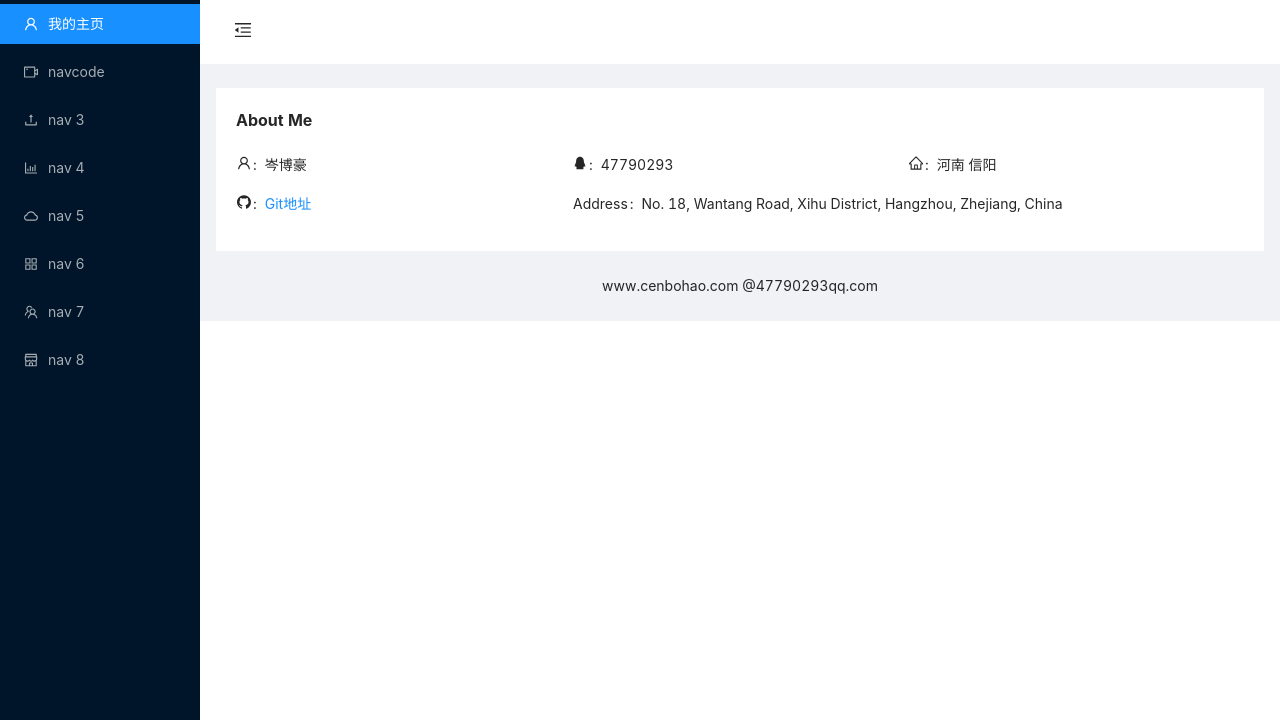
Repository: CBH20010703/bolgsweb
Page: /index (app in blogs/)
The author's editor kept a copy of each file at every save. The page is drawn from the files as they stood at one save, then again after a run of saves.
The browser window is 1280 px wide. The pictures show the whole page.
The project was rebuilt for these pictures with package versions that can differ from the ones it lists, and the page was loaded fresh each time. Also part of the build but not shown: blogs/src/view/Login/Login.jsx, blogs/src/component/Menu/MenuList.css, blogs/src/view/Home/Home.css, blogs/src/view/NavCode/NavCode.css, blogs/src/view/NavCode/NavCode.jsx, blogs/src/view/404/Error.jsx.

Above is the page before, as saved 2021-06-27 22:17:44.

### blogs/src/index.js
import React from 'react';
import ReactDOM from 'react-dom';
import './index.css';
import App from './App';
import { BrowserRouter} from 'react-router-dom'


ReactDOM.render(<BrowserRouter><App /></BrowserRouter>,document.getElementById('root'));

### blogs/src/App.js
import './App.css';
import { React, Component } from "react";

import  RouterMap from "./router/RouterMap"
export default class  App extends Component {
  constructor(props) {
    super(props);
    this.state = {  collapsed: false, }
  }
  toggle = (data) => {
     console.log(data)
    this.setState({
      collapsed: data,
    });
  };
  render() {
    return (
      <RouterMap/>
    );
  }
}

### blogs/src/router/RouterMap.js
import React from 'react'
import {  Route, Switch} from 'react-router-dom'
import Login from "../view/Login/Login"
import Context from '../view/context/context'
import Error from '../view/404/Error'
export default class RouterMap  extends React.Component {
    render() {
        return (


            <Switch>
                 <Route  path="/"  component={Context}/>
                <Route path="/login" component={Login} />

                    <Route path="*" component={Error} />

               </Switch>


        )
    }
}

### blogs/src/view/context/context.jsx

import { React, Component } from "react";
import Headers from '../../component/Header/Headers';
import MenuList from '../../component/Menu/MenuList';
import Footers from '../../component/Footer/Footers';

import { Layout } from 'antd';
import { Redirect, Route, Switch } from 'react-router-dom'
import Home from "../Home/Home.jsx";
import Navcode from "../NavCode/NavCode.jsx"
import Error from "../404/Error";
const { Content, Sider } = Layout;
export default class Context extends Component {
  constructor(props) {
    super(props);
    this.state = { collapsed: false, }
  }
  toggle = (data) => {
    console.log(data)
    this.setState({
      collapsed: data,
    });
  };
  render() {
    return (

      <Layout>
        <Sider trigger={null} collapsible collapsed={this.state.collapsed}
          style={{
            overflow: 'auto',
            height: '100vh',
            position: 'fixed',
            left: 0,
          }}
        >
          <MenuList />
        </Sider>
        <Layout className="site-layout" style={{ paddingLeft: this.state.collapsed ? "60px" : "200px", transition: "0.1s ease" }}>
          <Headers toggle={this.toggle} parent={this.state.collapsed}></Headers>
          <Content style={{ margin: '24px 16px 0', height: "auto", background: "#fff" }}>
            <Switch>
              <Route path="/index" component={Home} />
              <Route path="/NavCode" component={Navcode} />
              <Route path="*" component={Error} />
              <Redirect to="/index"></Redirect>
            </Switch>
          </Content>
          <Footers />
        </Layout>
      </Layout>


    );
  }
}

### blogs/src/component/Header/Headers.jsx
import React, { Component } from 'react'
import { Layout } from 'antd';


import {
  MenuUnfoldOutlined,
  MenuFoldOutlined,
} from '@ant-design/icons';
import "./Headers.css"
const { Header } = Layout;
export default class Headers extends Component {
    constructor(props) {
        super(props)
        this.state = {
            isShow:false
        }
    }
    Tab = () => {
        let { isShow } = this.state;
        this.setState({
            isShow:!isShow
        })
        this.props.toggle(!isShow);

    }
    render() {

        return (

                <Header className="site-layout-background" style={{ paddingLeft:"10px" }} >
                     {React.createElement(this.state.isShow ? MenuUnfoldOutlined : MenuFoldOutlined, {
              className: 'trigger',
                         onClick: this.Tab,

            })}
                </Header>

        )
    }
}

### blogs/src/component/Menu/MenuList.jsx
import React, { Component } from 'react'
import { Menu } from 'antd';
import {Link} from 'react-router-dom'
import "./MenuList.css"
import {
  AppstoreOutlined,
  BarChartOutlined,
  CloudOutlined,
  ShopOutlined,
  TeamOutlined,
  UserOutlined,
  UploadOutlined,
  VideoCameraOutlined,
} from '@ant-design/icons';
export default class MenuList extends Component {
  render() {
    return (

         <Menu theme="dark" mode="inline" defaultSelectedKeys={['1']}>
          <Menu.Item key="1"  icon={<UserOutlined />}>
          <Link to="/index"> 我的主页
            </Link>

          </Menu.Item>
          <Menu.Item key="2" icon={<VideoCameraOutlined />}>
          <Link to="/NavCode"> navcode
            </Link>

          </Menu.Item>
          <Menu.Item key="3" icon={<UploadOutlined />}>
            nav 3
          </Menu.Item>
          <Menu.Item key="4" icon={<BarChartOutlined />}>
            nav 4
          </Menu.Item>
          <Menu.Item key="5" icon={<CloudOutlined />}>
            nav 5
          </Menu.Item>
          <Menu.Item key="6" icon={<AppstoreOutlined />}>
            nav 6
          </Menu.Item>
          <Menu.Item key="7" icon={<TeamOutlined />}>
            nav 7
          </Menu.Item>
          <Menu.Item key="8" icon={<ShopOutlined />}>
            nav 8
          </Menu.Item>
        </Menu>
    )
  }
}

### blogs/src/component/Footer/Footers.jsx
import React, { Component } from 'react'
import { Layout } from 'antd';
const {  Footer } = Layout;
export default class Footers extends Component {
    render() {
        return (
            <div>
               <Footer style={{ textAlign: 'center' }}>www.cenbohao.com @47790293qq.com</Footer>
            </div>
        )
    }
}

### blogs/src/view/Home/Home.jsx
import React, { Component } from 'react'
import "./Home.css"
import { Descriptions } from 'antd';
import { UserOutlined, QqOutlined, HomeOutlined, GithubOutlined } from '@ant-design/icons';
export default class Home extends Component {

    handleClick = e => {
        console.log('click ', e);
    };
    render() {
        return (

            <div style={{ padding: "20px" }}>
                <Descriptions title="About Me">
                    <Descriptions.Item label={<UserOutlined />}>岑博豪</Descriptions.Item>
                    <Descriptions.Item label={<QqOutlined />}>47790293</Descriptions.Item>
                    <Descriptions.Item label={<HomeOutlined />}>河南 信阳</Descriptions.Item>
                    <Descriptions.Item label={<GithubOutlined />}><a href="https://github.com/CBH20010703"  >Git地址</a></Descriptions.Item>
                    <Descriptions.Item label="Address">
                        No. 18, Wantang Road, Xihu District, Hangzhou, Zhejiang, China
                    </Descriptions.Item>
                </Descriptions>
            </div>

        )
    }
}

### blogs/src/component/Header/Headers.css
.site-layout .site-layout-background {
    background: #fff;
}

 .trigger {
    padding: 0 24px;
    font-size: 18px;
    line-height: 64px;
    cursor: pointer;
    transition: color 0.3s;
}

 .trigger:hover {
    color: #1890ff;
}

Loaded but not shown: blogs/public/index.html (common file); blogs/src/index.css (common file); blogs/src/App.css (common file)

After the next 3 saves:
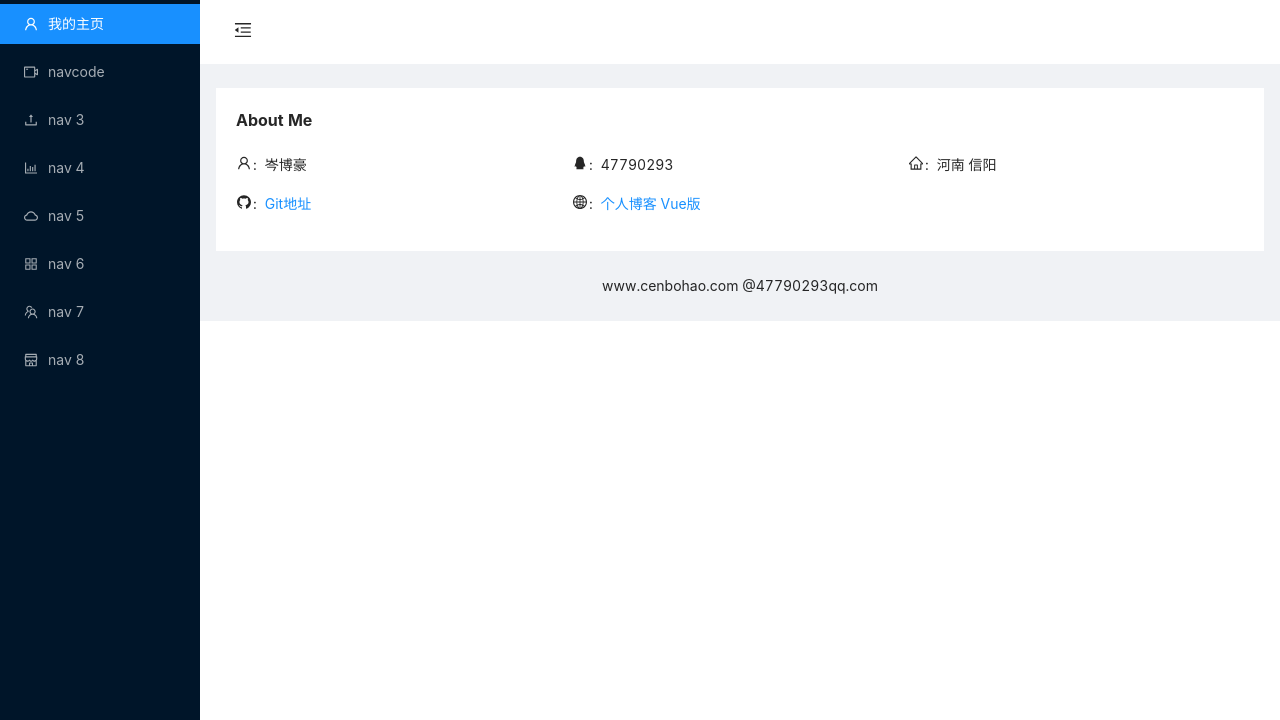
The 3 saves are shown as one change because 2 did not build or start.
The last was saved 2 min 18 s later.
--- a/blogs/src/view/Home/Home.jsx
+++ b/blogs/src/view/Home/Home.jsx
@@ -1,7 +1,7 @@
 import React, { Component } from 'react'
 import "./Home.css"
 import { Descriptions } from 'antd';
-import { UserOutlined, QqOutlined, HomeOutlined, GithubOutlined } from '@ant-design/icons';
+import { UserOutlined, QqOutlined, HomeOutlined, GithubOutlined, GlobalOutlined } from '@ant-design/icons';
 export default class Home extends Component {
 
     handleClick = e => {
@@ -16,8 +16,8 @@ export default class Home extends Component {
                     <Descriptions.Item label={<QqOutlined />}>47790293</Descriptions.Item>
                     <Descriptions.Item label={<HomeOutlined />}>河南 信阳</Descriptions.Item>
                     <Descriptions.Item label={<GithubOutlined />}><a href="https://github.com/CBH20010703"  >Git地址</a></Descriptions.Item>
-                    <Descriptions.Item label="Address">
-                        No. 18, Wantang Road, Xihu District, Hangzhou, Zhejiang, China
+                    <Descriptions.Item label={<GlobalOutlined />}>
+                        <a href="http://www.cenbohao.com/">个人博客 Vue版</a>
                     </Descriptions.Item>
                 </Descriptions>
             </div>
